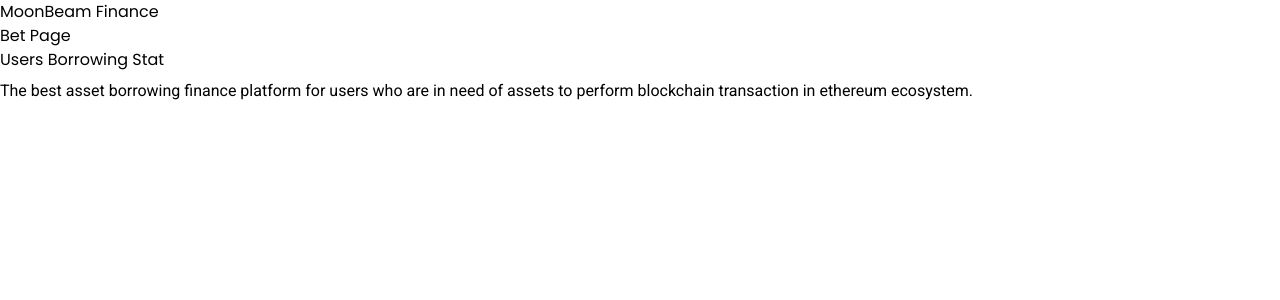
Repository: chinkauchenna2021/baseFinance
Page: /
These files come from the project's save history. The page is drawn as it stood at one moment and after the next save; the edit follows.
The browser window is 1280 px wide. The pictures show the whole page.
The project was rebuilt for these pictures with package versions that can differ from the ones it lists, and the page was loaded fresh each time. Also part of the build but not shown: vue.config.js.

Above is the page before, as saved 2023-07-03 08:43:33.

After the next save:
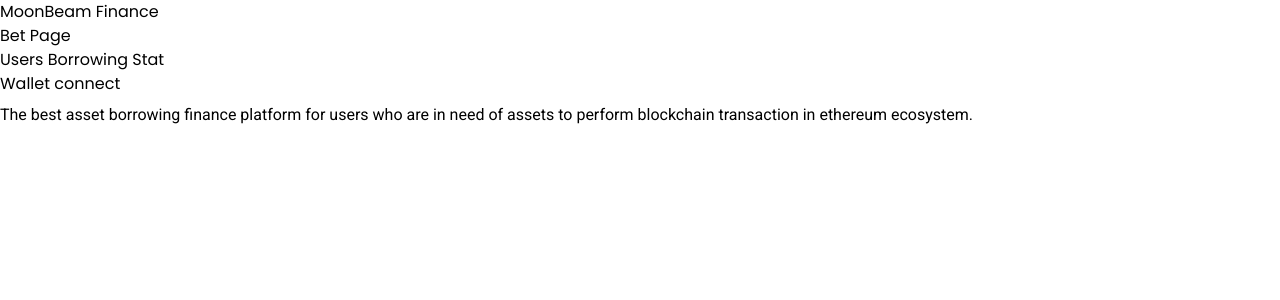
Saved 35 s later.
--- a/src/views/components/pages/layouts/Header.vue
+++ b/src/views/components/pages/layouts/Header.vue
@@ -8,7 +8,7 @@
             <div class="text-[14px] w-fit cursor-pointer">Users Borrowing Stat</div>
             <div class="">
             <w3m-core-button></w3m-core-button>
-               <!-- <button ref="btn" type="button" @click="connectwallet" >Wallet connect</button> -->
+               <button ref="btn" type="button" @click="connectwallet" >Wallet connect</button>
             </div>
          </div>
     </div>
